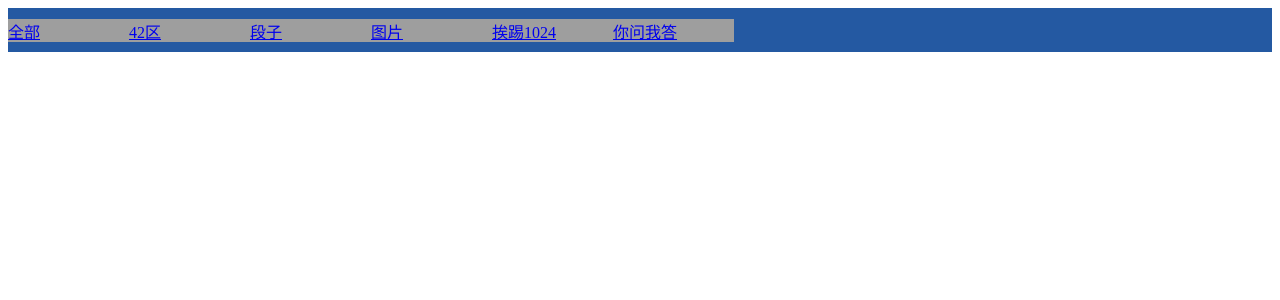
Repository: ZhaobaoJiang/workspace
Page: bbs/bbs/templates/index.html
The author's editor kept a copy of each file at every save. The page is drawn from the files as they stood at one save, then again after the next save.
The browser window is 1280 px wide. The pictures show the whole page.
Pictures or frames that could not be fetched are drawn as grey boxes.

Above is the page before, as saved 2017-06-20 12:22:27.

After the next save:
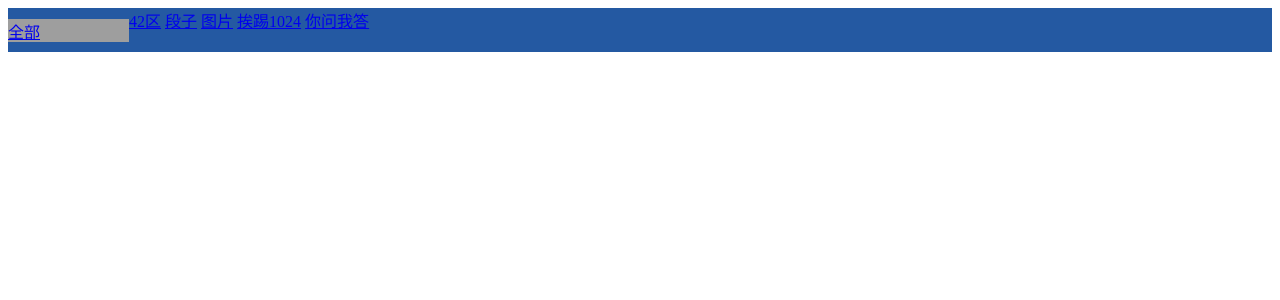
Saved 4 min 6 s later.
--- a/bbs/bbs/templates/index.html
+++ b/bbs/bbs/templates/index.html
@@ -7,12 +7,17 @@
 </head>
 <body>
     <div class="pg-header">
-        <a href="/" class="digg-logo">全部</a>
-        <a href="/" class="digg-logo">42区</a>
-        <a href="/" class="digg-logo">段子</a>
-        <a href="/" class="digg-logo">图片</a>
-        <a href="/" class="digg-logo">挨踢1024</a>
-        <a href="/" class="digg-logo">你问我答</a>
+        <div class="header-menu">
+            <a href="/" class="digg-logo">全部</a>
+            <a href="/" class="">42区</a>
+            <a href="/" class="">段子</a>
+            <a href="/" class="">图片</a>
+            <a href="/" class="">挨踢1024</a>
+            <a href="/" class="">你问我答</a>
+        </div>
+        <div class="header-search">
+
+        </div>
     </div>
     <div class="pg-body"></div>
     <div class="pg-footer"></div>
